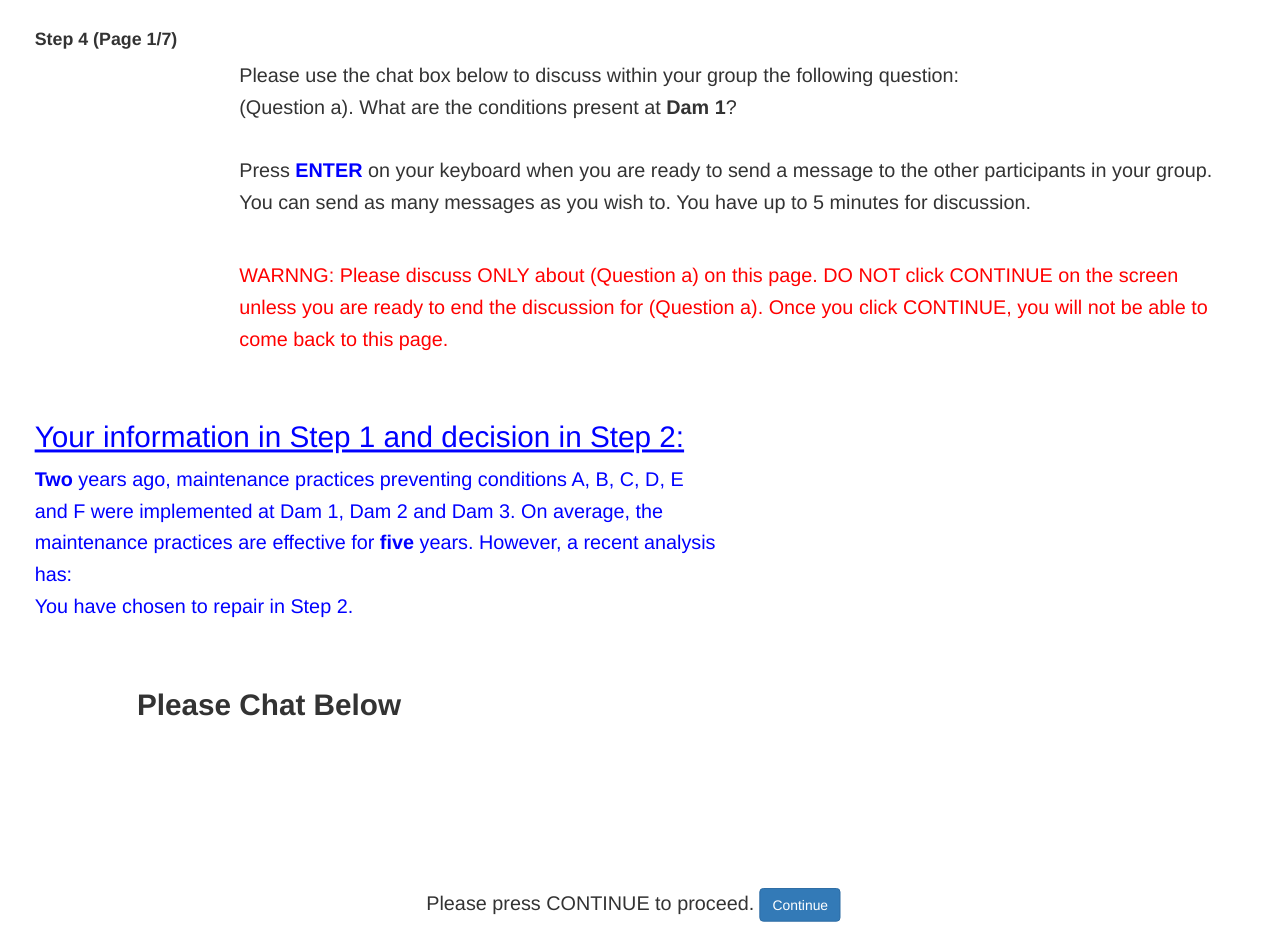
Repository: zmikaya/behavecon
Page: templates/group/Category3Dams_p19.html
The author's editor kept a record of every edit. The page is drawn from the files as they stood at one moment, then again after the next edit.
The browser window is 1280 px wide. The pictures show the whole page, at 99% of full size.
The template is drawn by Django 2.2. The application's start-up code is not run. The template is opened directly, without the code that normally fills it, so the values that code supplies are empty.

Above is the page before.
Console error: TypeError: Cannot read properties of null (reading 'getAttribute')

After the next edit:
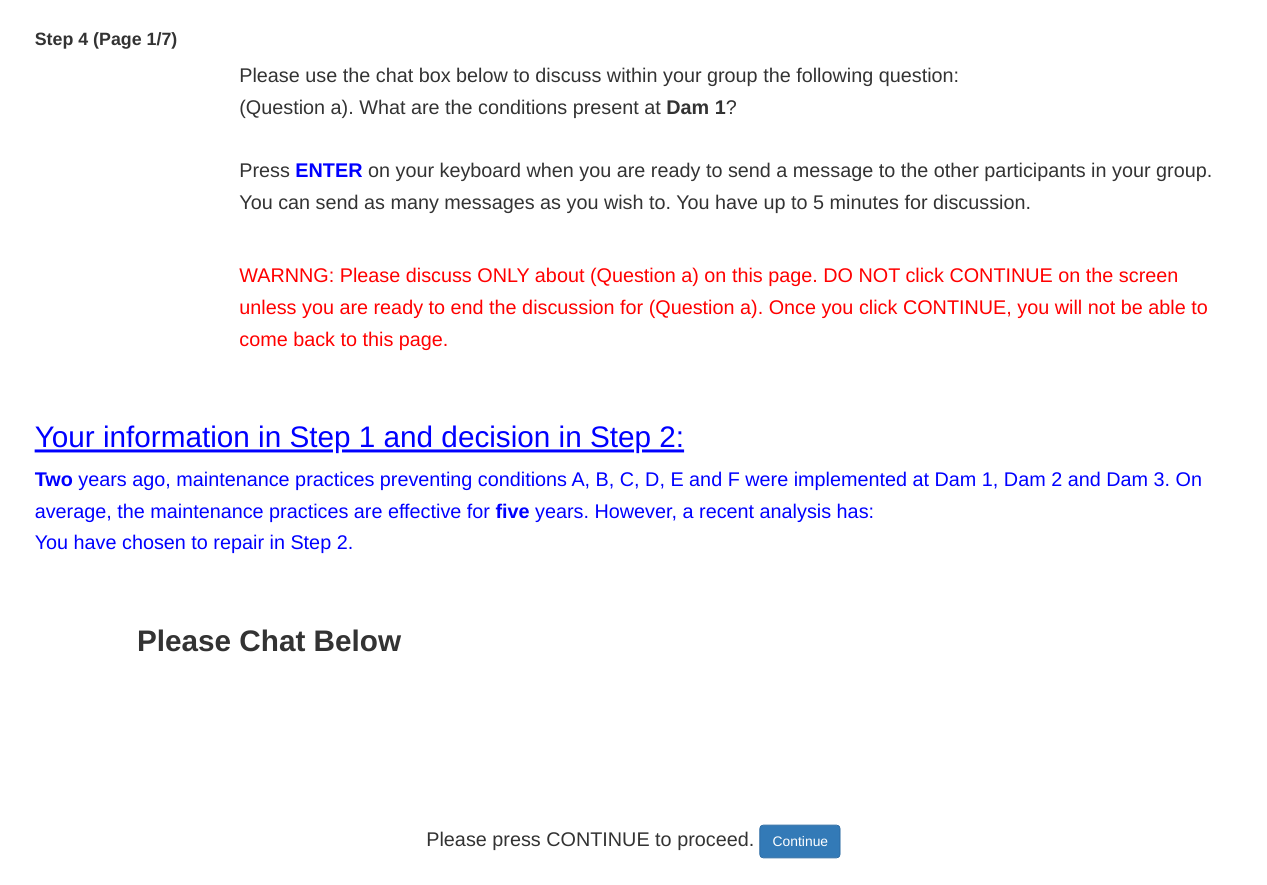
The edit:
--- a/templates/group/Category3Dams_p19.html
+++ b/templates/group/Category3Dams_p19.html
@@ -26,7 +26,7 @@
                 </div>
             </div>
             <div class="row">
-                <div class="col-lg-7 left-align">
+                <div class="col-lg-12 left-align">
                     <h2><font color="blue"><u>Your information in Step 1 and
                         decision in Step 2:</u></font></h2>
                     <p>
